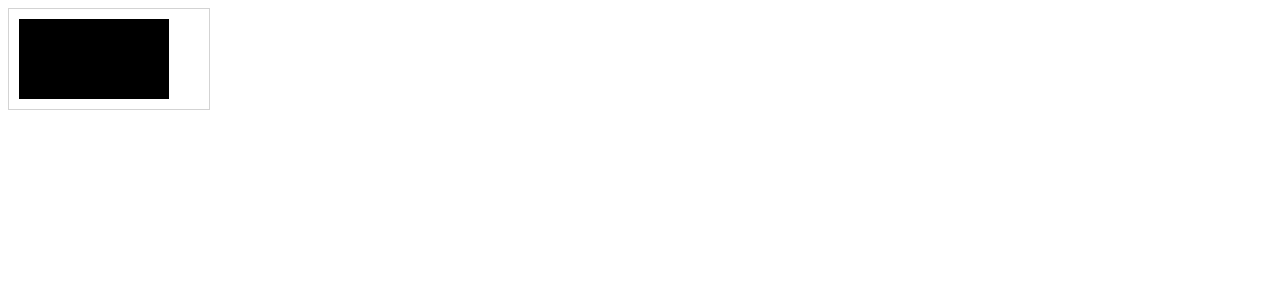
Repository: SonPhamThe/C0622G1-PhamTheSon
Page: ss1-sudungthehtmlcoban/baitap.html
An editor plug-in stored every save of this project. The page is shown before and after the next save, followed by the edit.
The browser window is 1280 px wide. The pictures show the whole page.

Above is the page before, as saved 2022-07-19 09:02:38.

### ss1-sudungthehtmlcoban/baitap.html
<!DOCTYPE html>
<html lang="en">
  <head>
    <title>HyperText Markup Language</title>
  </head>
  <body>
    <canvas
      id="myCanvas"
      width="200"
      height="100"
      style="border: 1px solid #d3d3d3"
    >
      Your browser does not support the HTML5 canvas tag.</canvas
    >
    <script>
           var c=document.getElementById("myCanvas");
      var ctx=c.getContext("2d"); // Create gradient
      var grd=ctx.createRadialGradient(75,50,5,90,60,100);
      grd.addColorStop(0,"red");
      grd.addColorStop(1,"white"); // Fill with gradient

      ctx.fillRect(10,10,150,80);
    </script>
  </body>
</html>

After the next save:
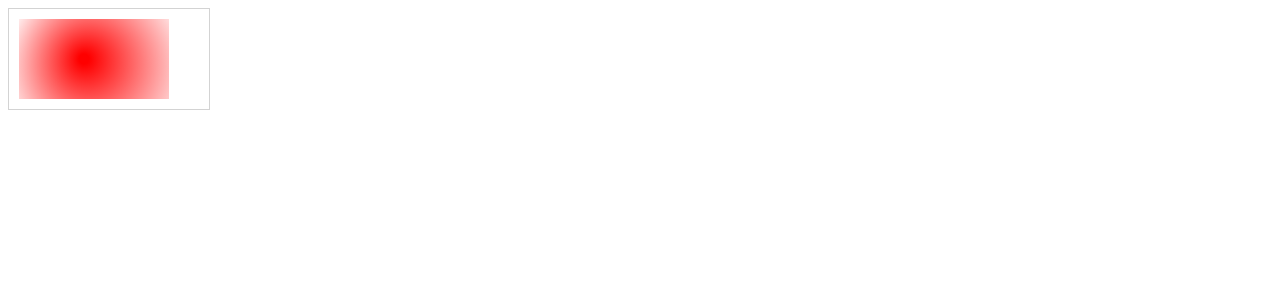
Saved 9 s later.
--- a/ss1-sudungthehtmlcoban/baitap.html
+++ b/ss1-sudungthehtmlcoban/baitap.html
@@ -18,7 +18,7 @@
       var grd=ctx.createRadialGradient(75,50,5,90,60,100);
       grd.addColorStop(0,"red");
       grd.addColorStop(1,"white"); // Fill with gradient
-
+      ctx.fillStyle=grd;
       ctx.fillRect(10,10,150,80);
     </script>
   </body>
